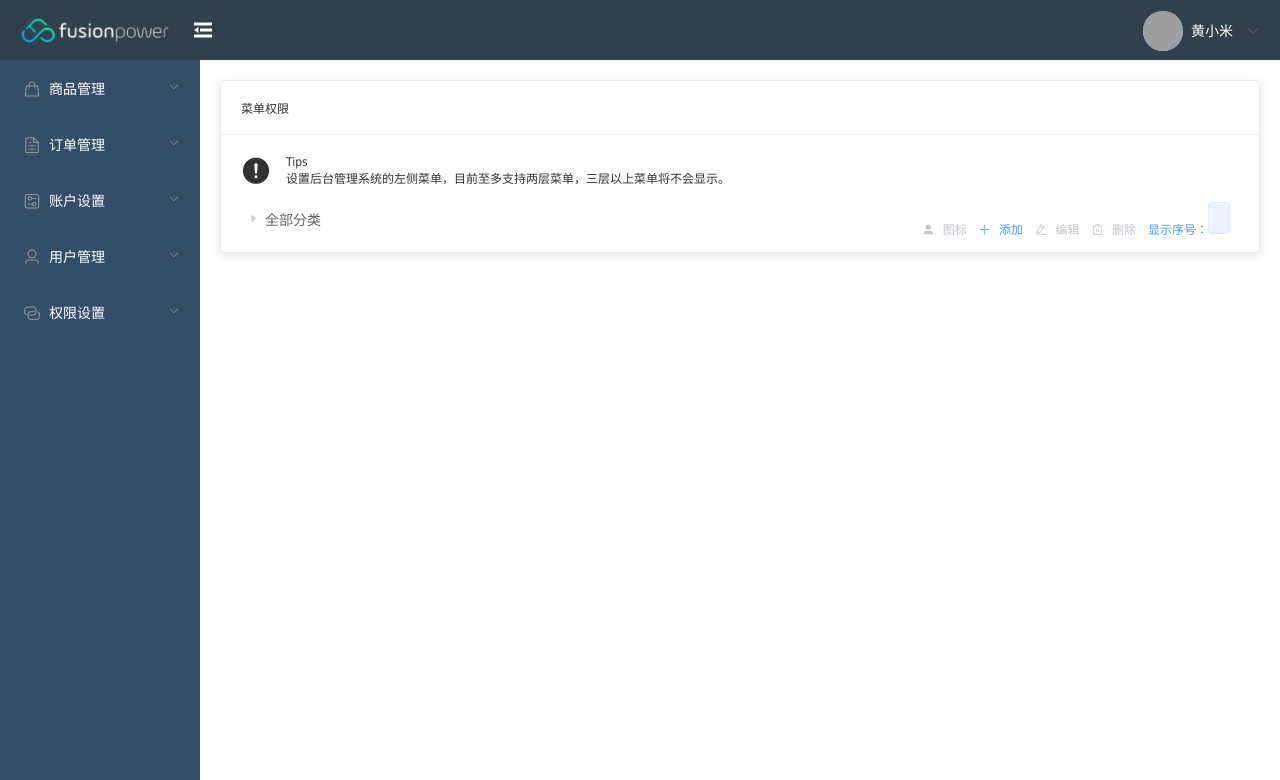
Repository: HanNing-cyber/vue-cms-project
Page: /#/auth/menu
An editor plug-in stored every save of this project. The page is shown before and after the next save, followed by the edit.
The browser window is 1280 px wide. The pictures show the whole page.
Pictures or frames that could not be fetched are drawn as grey boxes. The project was rebuilt for these pictures with package versions that can differ from the ones it lists, and the page was loaded fresh each time. Also part of the build but not shown: vue.config.js, src/views/Login.vue, src/views/Register.vue.

Above is the page before, as saved 2020-05-06 00:37:51.

After the next save:
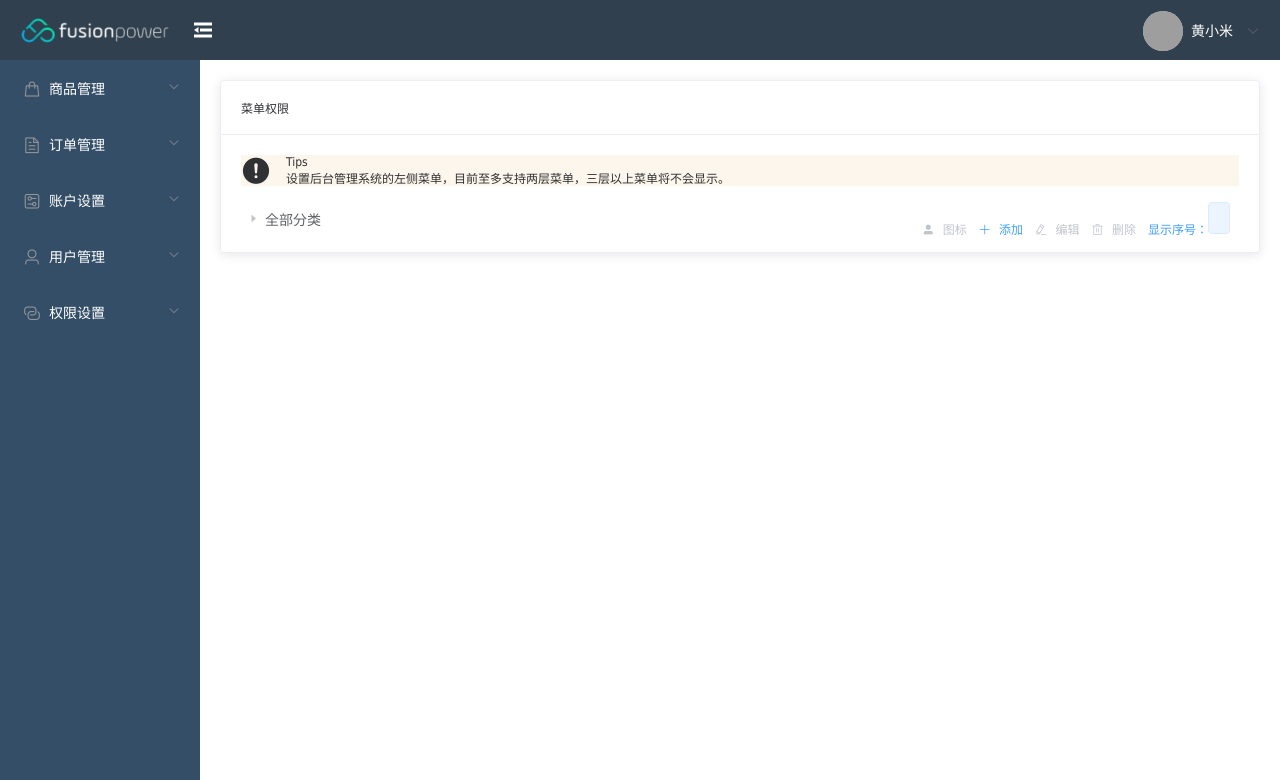
Saved 14 s later.
--- a/src/views/Auth/Menu.vue
+++ b/src/views/Auth/Menu.vue
@@ -221,6 +221,7 @@
 		padding-left: 10px;
 	}
 	.tip-tag{
+		background-color: #FDF6EC;
 		margin-bottom: 20px;
 		display: flex;
 		justify-content: flex-start;
